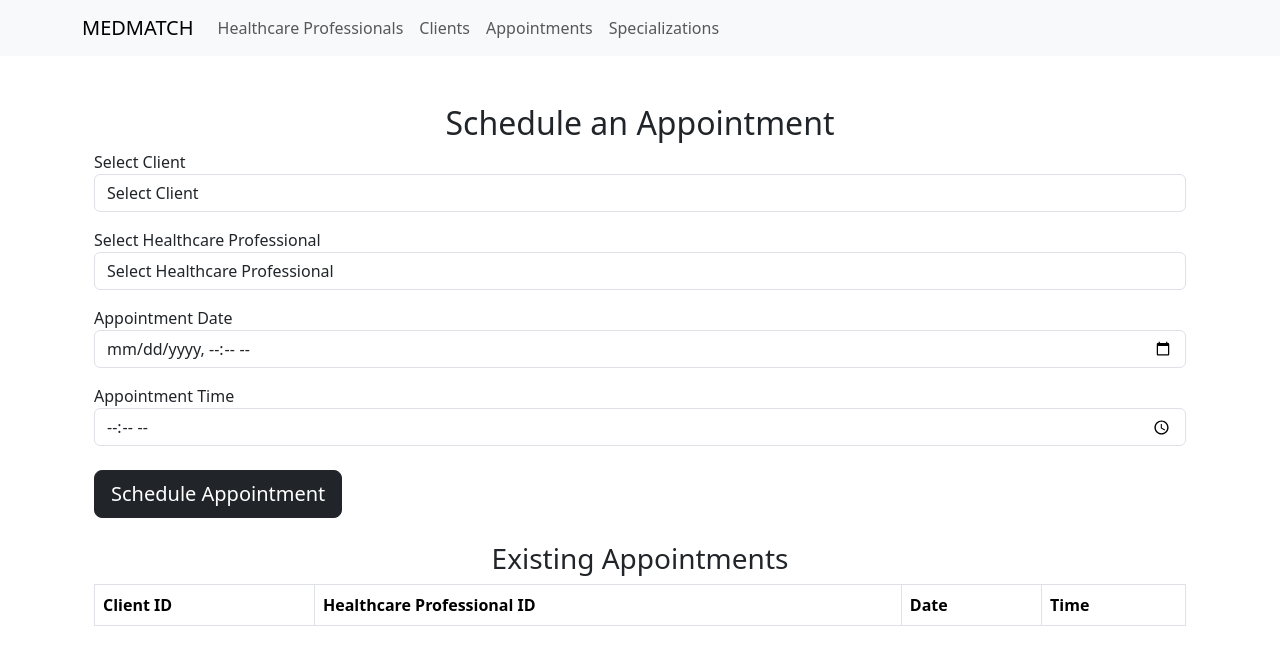
Repository: fahma20/medmatch-platform
Page: /appointments (app in client/)
These files come from the project's save history. The page is drawn as it stood at one moment and after a run of saves; the edit follows.
The browser window is 1280 px wide. The pictures show the whole page.
The page's requests for data from a server got no answer. The project was rebuilt for these pictures with package versions that can differ from the ones it lists, and the page was loaded fresh each time. No one was signed in, and anything a server would have sent is missing. Also part of the build but not shown: client/src/components/Healthcareprofessionals.js, client/src/components/Specializations.js, client/src/components/Clients.js, client/src/components/Homepage.js.

Above is the page before, as saved 2025-01-31 09:39:59.

After the next 3 saves:
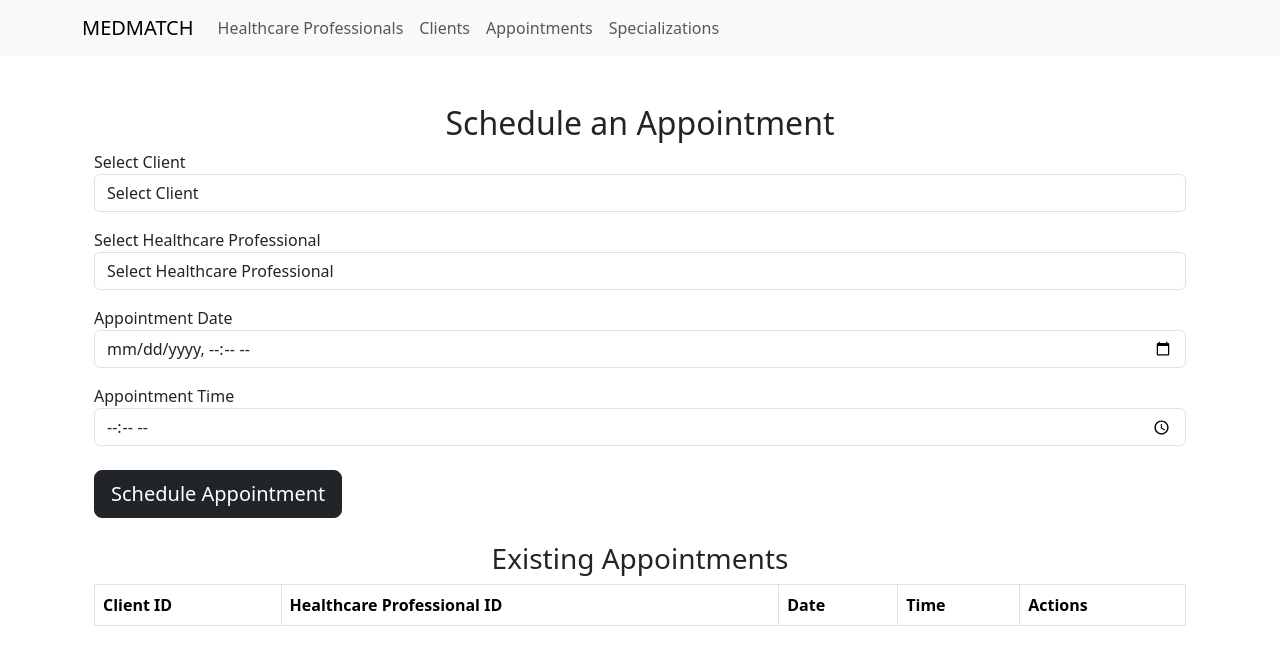
The 3 saves are shown as one change because they came seconds apart.
The last was saved 6 min 35 s later.
--- a/client/src/components/Appointments.js
+++ b/client/src/components/Appointments.js
@@ -234,6 +234,26 @@ const Appointments = () => {
         setProfessionalId('');
         setAppointmentDate('');
         setAppointmentTime('');
+    };
+
+    // Handle appointment deletion
+    const handleDelete = async (appointmentId) => {
+        try {
+            const response = await fetch(`http://127.0.0.1:5000/api/appointments/${appointmentId}`, {
+                method: 'DELETE',
+            });
+
+            if (response.ok) {
+                setAppointments((prevAppointments) =>
+                    prevAppointments.filter((appointment) => appointment.id !== appointmentId)
+                );
+                setMessage('Appointment deleted successfully!');
+            } else {
+                setMessage('Error deleting the appointment.');
+            }
+        } catch (error) {
+            setMessage('Error connecting to the server.');
+        }
     };
 
     return (
@@ -306,6 +326,7 @@ const Appointments = () => {
                             <th>Healthcare Professional ID</th>
                             <th>Date</th>
                             <th>Time</th>
+                            <th>Actions</th>
                         </tr>
                     </thead>
                     <tbody>
@@ -315,6 +336,14 @@ const Appointments = () => {
                                 <td>{appointment.healthcare_professional_id}</td>
                                 <td>{appointment.date}</td>
                                 <td>{appointment.time}</td>
+                                <td>
+                                    <button
+                                        className="btn btn-danger"
+                                        onClick={() => handleDelete(appointment.id)}
+                                    >
+                                        Delete
+                                    </button>
+                                </td>
                             </tr>
                         ))}
                     </tbody>
